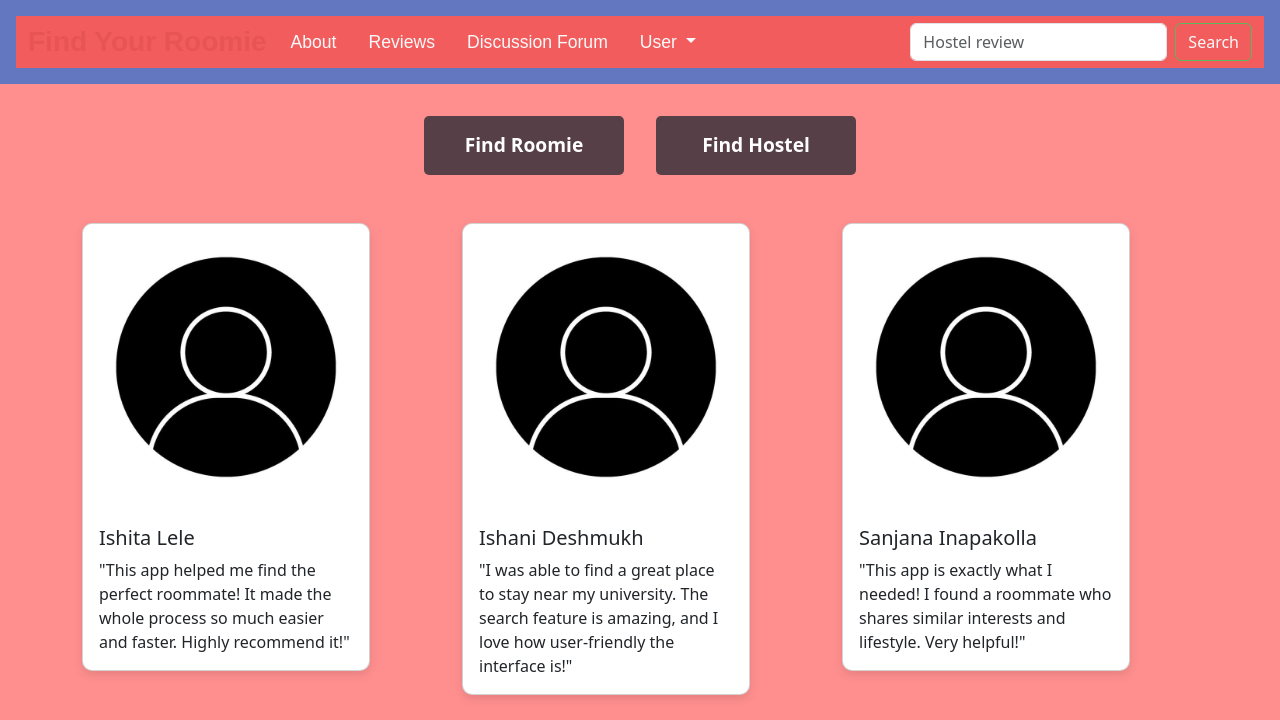
Repository: Sanjana-Inapakolla/Find-your-Roomie-website
Page: mini-project(jfst)/MiniProject/src/main/webapp/home.html
An editor plug-in stored every save of this project. The page is shown before and after the next save, followed by the edit.
The browser window is 1280 px wide. The pictures show the whole page.

Above is the page before, as saved 2024-11-13 08:52:21.

After the next save:
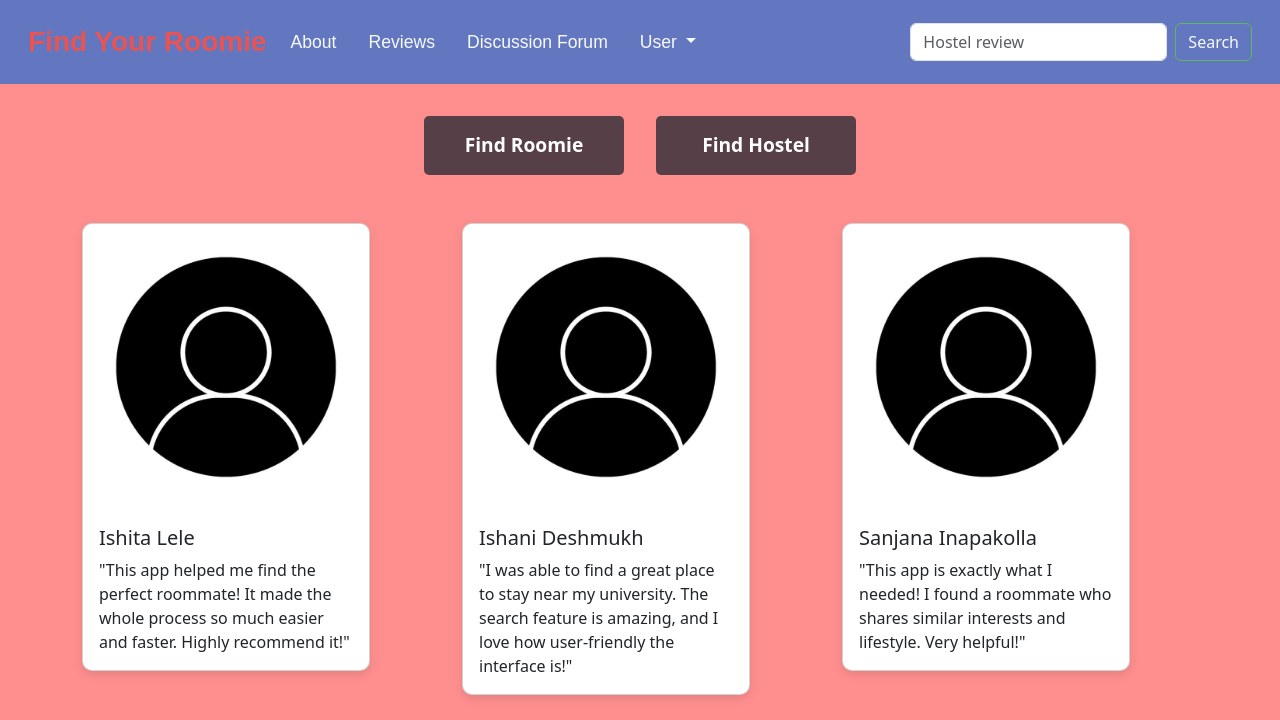
Saved 17 s later.
--- a/mini-project(jfst)/MiniProject/src/main/webapp/home.html
+++ b/mini-project(jfst)/MiniProject/src/main/webapp/home.html
@@ -117,7 +117,7 @@
 
 <!-- Navbar -->
 <nav class="navbar navbar-expand-lg">
-  <div class="container-fluid" style="background-color: #F25C5C;">
+  <div class="container-fluid" style="background-color: #6277bf;">
     <a class="navbar-brand" href="#">Find Your Roomie</a>
     <button class="navbar-toggler" type="button" data-bs-toggle="collapse" data-bs-target="#navbarNav" aria-controls="navbarNav" aria-expanded="false" aria-label="Toggle navigation">
       <span class="navbar-toggler-icon"></span>
